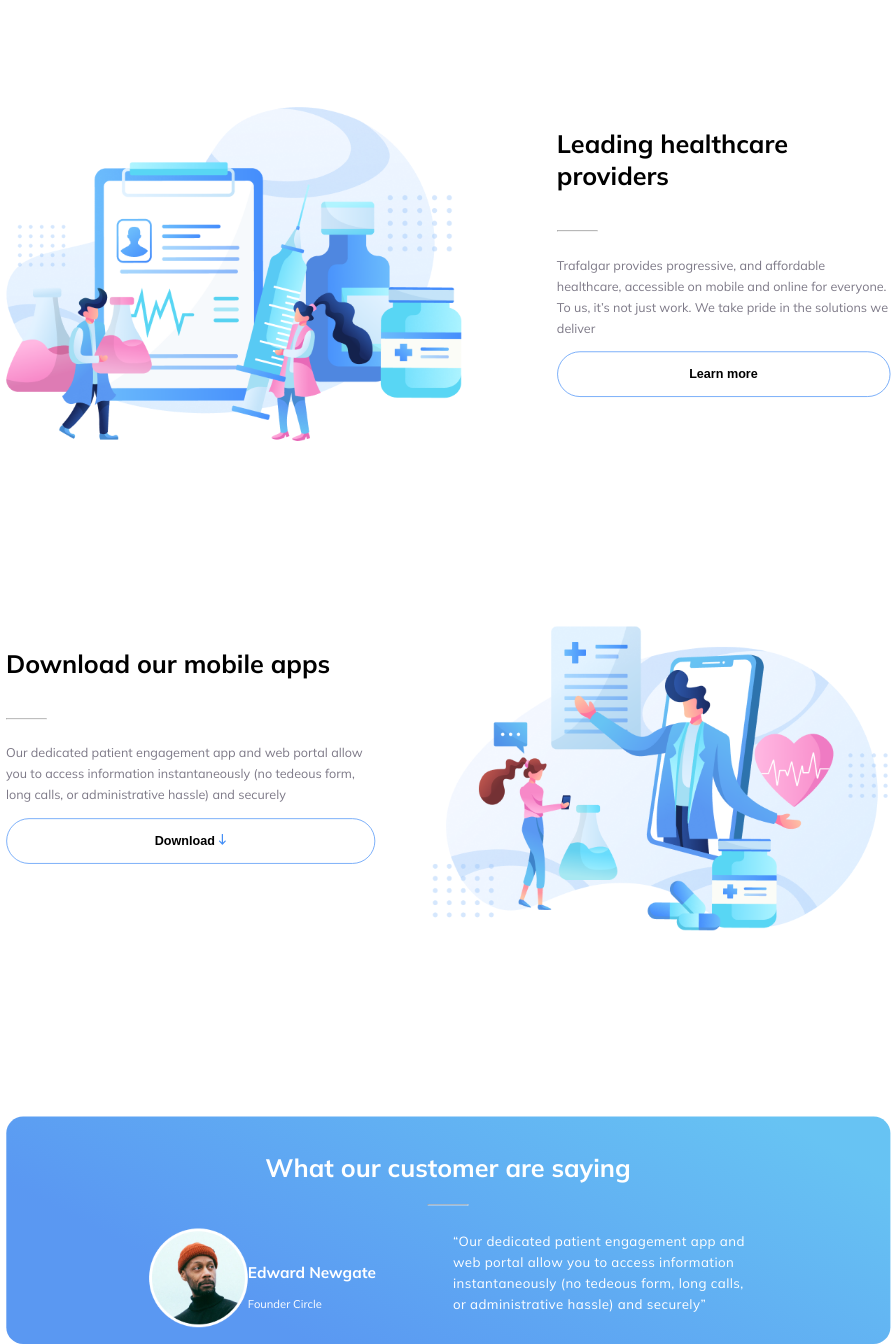
Repository: ivan-developer-01/trafalgar-layout
Page: index.html
An editor plug-in stored every save of this project. The page is shown before and after the next save, followed by the edit.
The browser window is 1280 px wide. The pictures show the part of the page from y = 2050 to 3970 px (the page is 3970 px tall), at 70% of full size.

Above is the page before, as saved 2024-11-08 16:09:52.

### index.html
<!DOCTYPE html>
<html lang="en">
<head>
	<meta charset="UTF-8">
	<meta http-equiv="X-UA-Compatible" content="IE=edge">
	<meta name="viewport" content="width=device-width, initial-scale=1.0">
	<title>Trafalgar Services</title>
	<link rel="preconnect" href="https://fonts.googleapis.com">
	<link rel="preconnect" href="https://fonts.gstatic.com" crossorigin>
	<link href="https://fonts.googleapis.com/css2?family=Mulish:ital,wght@0,200;0,300;0,400;0,500;0,600;0,700;0,800;0,900;1,200;1,300;1,400;1,500;1,600;1,700;1,800;1,900&display=swap" rel="stylesheet">
	<link rel="stylesheet" href="style.css">
</head>
<body>
	<header class="header">
		<div class="container">
			<!-- left part -->
			<div>
				<div class="logo">
					<img src="images/logo.png" alt="Trafalgar Logo">
				</div>
			</div>

			<!-- right part -->
			<div>
				<nav>
					<a href="#" class="nav__link nav__link-main">Home</a>
					<a href="#" class="nav__link">Find a doctor</a>
					<a href="#" class="nav__link">Apps</a>
					<a href="#" class="nav__link">Testimonials</a>
					<a href="#" class="nav__link">About us</a>
				</nav>
			</div>
		</div>
	</header>

	<main>
		<section class="main-info">
			<div class="container">
				<!-- left part -->
				<div>
					<h1>Virtual healthcare for you</h1>

					<p>Trafalgar provides progressive, and affordable healthcare, accessible on mobile and online for everyone</p>

					<button class="button round-button bg-blue">Consult today</button>
				</div>

				<!-- right part -->
				<div>
					<img src="images/hero.png" alt="Trafalgar hero image">
				</div>
			</div>

			<div class="overlay"></div>
		</section>

		<section class="our-services">
			<div class="container">
				<h2>Our services</h2>
				<hr>

				<p>We provide to you the best choiches for you. Adjust it to your health needs and make sure your undergo treatment with our highly qualified doctors you can consult with us which type of service is suitable for your health</p>

				<div class="cards">
					<div class="card">
						<img src="images/our-services/cards/search-doctor.svg" alt="Search doctor">
						<h3>Search doctor</h3>
						<p>Choose your doctor from thousands of specialist, general, and trusted hospitals</p>
					</div>
					<div class="card">
						<img src="images/our-services/cards/online-pharmacy.svg" alt="Online pharmacy">
						<h3>Online pharmacy</h3>
						<p>Buy  your medicines with our mobile application with a simple delivery system</p>
					</div>
					<div class="card">
						<img src="images/our-services/cards/consultation.svg" alt="Consultation">
						<h3>Consultation</h3>
						<p>Free consultation with our trusted doctors and get the best recomendations</p>
					</div>
					<div class="card">
						<img src="images/our-services/cards/details-info.svg" alt="Details info">
						<h3>Details info</h3>
						<p>Free consultation with our trusted doctors and get the best recomendations</p>
					</div>
					<div class="card">
						<img src="images/our-services/cards/emergency-care.svg" alt="Emergency care">
						<h3>Emergency care</h3>
						<p>You can get 24/7 urgent care for yourself or your children and your
lovely family</p>
					</div>
					<div class="card">
						<img src="images/our-services/cards/tracking.svg" alt="Tracking">
						<h3>Tracking</h3>
						<p>Track and save your medical history and health data</p>
					</div>
				</div>

				<button class="button round-button">Learn more</button>
			</div>

			<div class="overlay"></div>
			<div class="top-overlay"></div>
		</section>

		<section class="apps">
			<div class="container">
				<div class="flex-two-blocks">
					<!-- left part -->
					<div>
						<div class="image">
							<img src="images/apps/leading-healthcare-providers.png" alt="Leading healthcare providers">
						</div>
					</div>

					<!-- right part -->
					<div>
						<h2>Leading healthcare providers</h2>
						<hr>
						<p>
							Trafalgar provides progressive, and affordable healthcare, accessible on mobile and online for everyone. To us, it’s not just work. We take pride in the solutions we deliver
						</p>

						<button class="button round-button">Learn more</button>
					</div>
				</div>

				<div class="flex-two-blocks">
					<!-- left part -->
					<div>
						<h2>Download our mobile apps</h2>
						<hr>
						<p>
							Our dedicated patient engagement app and web portal allow you to access information instantaneously (no tedeous form, long calls, or administrative hassle) and securely
						</p>

						<button class="button round-button">Download
							<img src="images/arrow-download.svg" alt="Download icon">
						</button>
					</div>

					<!-- right part -->
					<div>
						<div class="image">
							<img src="images/apps/mobile-apps.png" alt="Mobile apps">
						</div>
					</div>
				</div>
			</div>
		</section>

		<section class="reviews">
			<div class="container">
				<h2>What our customer are saying</h2>
				<hr>
				<div class="review-slider">
					<div class="review">
						<div class="review-user">
							<div><img src="images/reviews/avatar-1.png" alt="Avatar" class="avatar"></div>
							<div class="user-credentials">
								<h3>Edward Newgate</h3>
								<span>Founder Circle</span>
							</div>
						</div>

						<div class="review-text">
							<p>
								“Our dedicated patient engagement app and web portal allow you to access information instantaneously (no tedeous form, long calls, or administrative hassle) and securely”
							</p>
						</div>
					</div>
				</div>
			</div>
		</section>
	</main>
</body>
</html>

### style.css
html,
body {
	width: 100vw;
	margin: 0;
	padding: 0;
	font-family: 'Mulish', sans-serif;
}

.container {
	width: 100%;
	max-width: 1263px;
	margin: 0 auto;
}

section hr {
	width: 56px;
	margin-top: 26px;
	margin-bottom: 33px;
}

h1 {
	font-size: 48px;
}

h3 {
	font-size: 24px;
}

p {
	color: #7D7987;
	margin-top: 0;
}

.button {
	/* appearance: none; */
	border: 1px solid #458FF6;
	background: transparent;
	cursor: pointer;
	font-weight: 700;
	font-size: 18px;
	padding: 21px 41px;
}

.button.round-button {
	border-radius: 999px;
}

.bg-blue {
	background-color: #458FF6;
	color: #FFF;
}

/* header */
.header {
	padding-top: 56px;
}

.header .container {
	display: flex;
	justify-content: space-between;
	align-items: center;
}

.header nav {
	display: flex;
	gap: 40px;
	font-size: 18px;
}

.header nav a {
	text-decoration: none;
	color: #8f8a9a;
}

.header .nav__link-main {
	color: #1F1534;
}
/* /header */

/* main-info */
.main-info {
	position: relative;
}

.main-info .overlay {
	position: absolute;
	top: 0;
	left: 0;
	right: 0;
	bottom: 0;
	background-image: url(images/main-info-overlay.png);
	background-repeat: no-repeat;
	z-index: -1;
}

.main-info .container {
	display: flex;
	justify-content: space-between;
	align-items: center;
	gap: 109px;
}

.main-info p {
	font-size: 21px;
	line-height: 32px;
	margin-top: 25px;
	margin-bottom: 45px;
}
/* /main-info */

/* our-services */
.our-services {
	margin-top: 190px;
	position: relative;
}

.our-services .overlay,
.our-services .top-overlay {
	position: absolute;
	right: 0;
	bottom: 0;
	left: 0;
	background-repeat: no-repeat;
	z-index: -1;
	pointer-events: none;
}

.our-services .overlay {
	top: calc(20% - 44px);
	background-image: url(images/our-services/our-services-overlay.svg);
}

.our-services .top-overlay {
	top: 46%;
	left: 76%;
	background-image: url(images/our-services/our-services-top-overlay.svg);
}

.our-services .container {
	text-align: center;
}

.our-services p {
	max-width: 952px;
	margin: 0 auto;
}

.our-services .cards {
	display: grid;
	grid-template-columns: repeat(3, 1fr);
	gap: 34px;
	margin-top: 80px;
	position: relative;
	background: transparent;
}

.our-services .cards .card {
	box-shadow: 10px 40px 50px 0px #E5E9F666;
	/* top right bottom left */
	width: calc(350px - 52px - 36px);
	height: calc(354px - 58px - 47px);
	border-radius: 20px;
	padding: 58px 52px 47px 36px;
	text-align: left;
	background: #FFF;
	z-index: 1;
}

.our-services .cards .card p {
	font-size: 16px;
	line-height: 28px;
}

.our-services .cards .card h3 {
	margin-top: 36.25px;
}

.our-services .button {
	margin-top: 72px;
	color: #458FF6;
	border-width: 1.4px;
	min-width: 200px;
}
/* /our-services */

/* apps */
.apps {
	margin-top: 220px;
}

.apps .container {
	display: grid;
	gap: 265px;
}

.apps .flex-two-blocks {
	display: flex;
}

.apps .flex-two-blocks div {
	display: flex;
	flex-direction: column;
}

.apps .flex-two-blocks h2 {
	font-size: 36px;
}

.apps .flex-two-blocks hr {
	text-align: left;
	width: 56px;
	margin-left: 0;
	margin-right: 0;
}

.apps .flex-two-blocks p {
	font-size: 18px;
	line-height: 30px;
}

.apps .flex-two-blocks:first-child {
	gap: 137px;
}

.apps .flex-two-blocks:last-child {
	gap: 71px;
}
/* /apps */

/* reviews */
.reviews {
	margin-top: 266px;
}

.reviews .container {
	background: linear-gradient(208.18deg, #67C3F3 9.05%, #5A98F2 76.74%);
	color: white;
	text-align: center;
	padding-top: 20px;
	padding-bottom: 20px;
	border-radius: 24px;
}

.reviews hr {
	color: white;
}

.reviews h2 {
	font-size: 36px;
}

.review-slider .review {
	display: flex;
	justify-content: center;
	align-items: center;
	gap: 110px;
}

.review-slider .review .review-user {
	display: flex;
	align-items: center;
	justify-content: center;
	text-align: left;
}

.review-slider .review .review-user .user-credentials h3 {
	font-size: 22px;
}

.review-slider .review .review-text {
	text-align: left;
	max-width: 420px;
}

.review-slider .review .review-text p {
	color: white;
	font-size: 19px;
	letter-spacing: 0.6px;
	line-height: 30px;
}
/* /reviews */

After the next save:
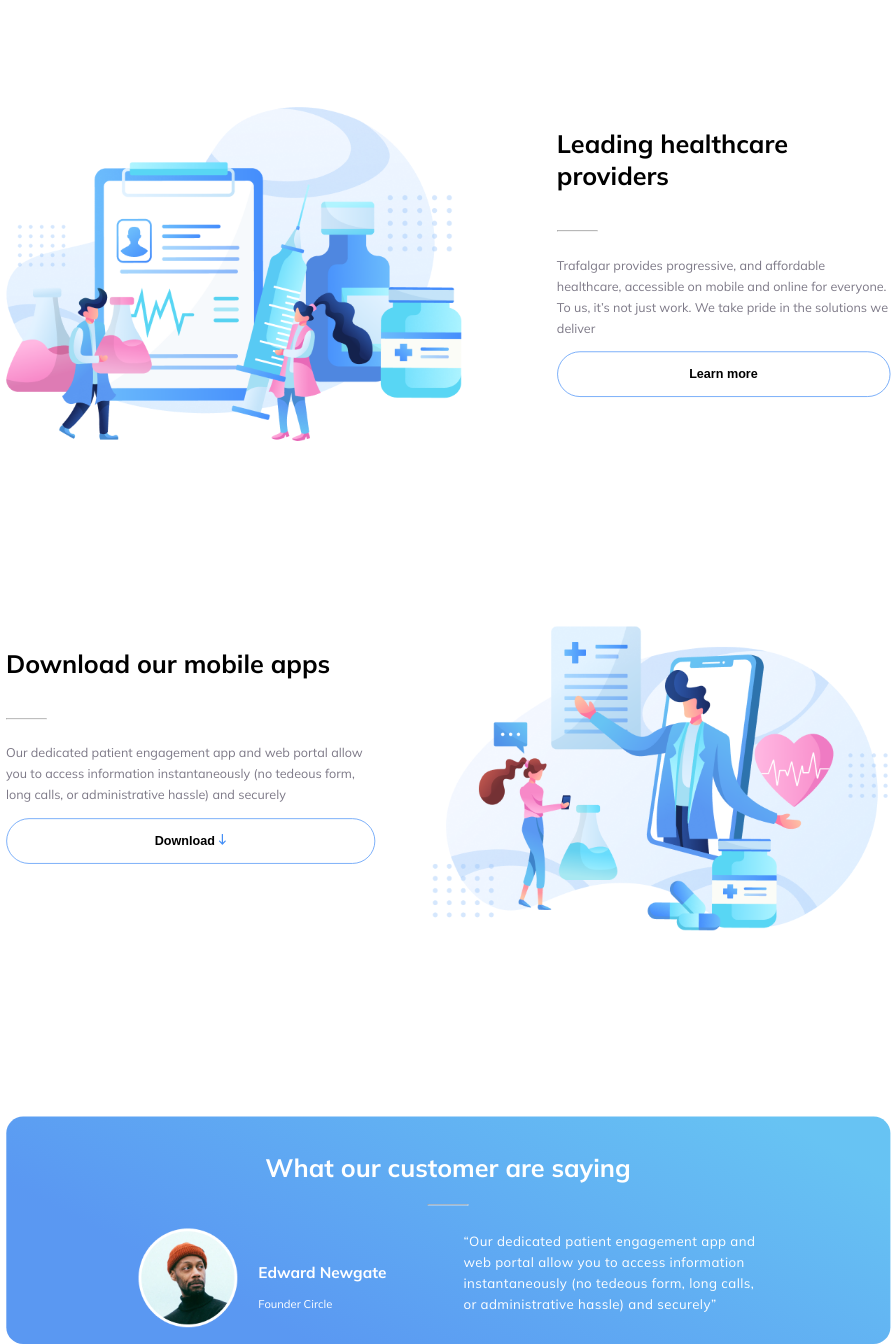
Saved 13 s later.
--- a/style.css
+++ b/style.css
@@ -260,6 +260,7 @@ p {
 	display: flex;
 	align-items: center;
 	justify-content: center;
+	gap: 30px;
 	text-align: left;
 }
 
